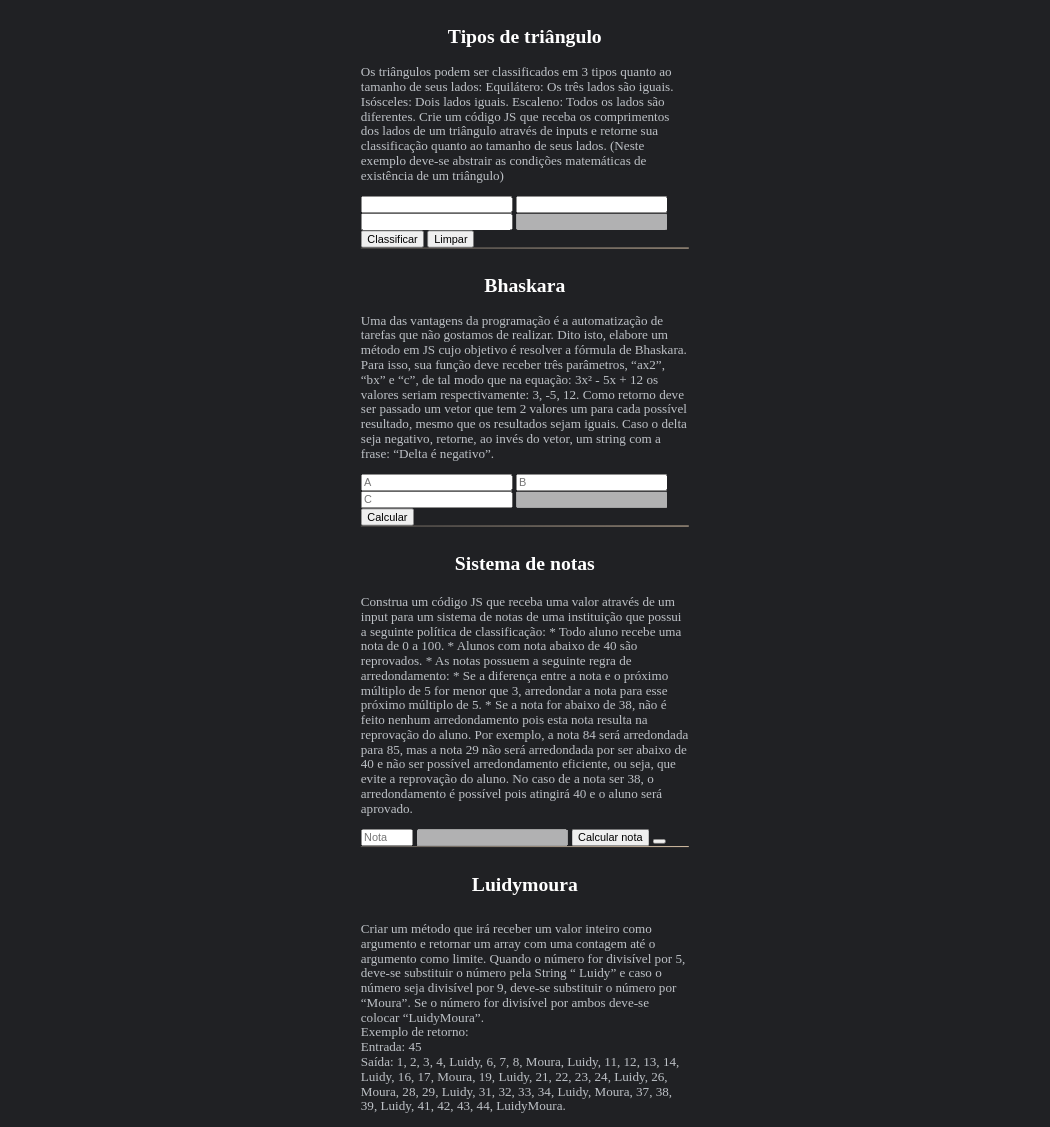
Repository: viviij/Fun-es-Simples-JavaScript
Page: index.html
The author's editor kept a copy of each file at every save. The page is drawn from the files as they stood at one save, then again after the next save.
The browser window is 1280 px wide. The pictures show the whole page, at 82% of full size.

Above is the page before, as saved 2022-08-26 16:59:46.
Console error: ReferenceError: divisivelPor9 is not defined

### index.html
<!DOCTYPE html>
<html lang="ptBR">
  <head>
    <meta charset="UTF-8">
    <meta http-equiv="X-UA-Compatible" content="IE=edge">
    <meta name="viewport" content="width=device-width, initial-scale=1.0">
    <link rel="stylesheet" href="styles.css">
    <title>Prova C3C</title>
  </head>
  <body>
    <div class="container">
      <section class="Tipos de Triângulo">
        <header>
          <h1>Tipos de triângulo</h1>
          <p>
            Os triângulos podem ser classificados em 3 tipos quanto ao tamanho de seus lados:

            Equilátero: Os três lados são iguais.
            Isósceles: Dois lados iguais.
            Escaleno: Todos os lados são diferentes.

            Crie um código JS que receba os comprimentos dos lados de um triângulo através de inputs e retorne sua classificação quanto ao tamanho de seus lados. (Neste exemplo deve-se abstrair as condições matemáticas de existência de um triângulo)
          </p>

        </header>
        <div class="main">
          <input type="number" name="trianguloLado1" id="trianguloLado1"/>
          <input type="number" name="trianguloLado2" id="trianguloLado2"/>
          <input type="number" name="trianguloLado3" id="trianguloLado3"/>

          <input type="text" name="tipoDeTriangulo" id="tipoDeTriangulo" disabled/>

          <button id="classificacaoTriangulo">Classificar</button>
          <button id="limparInputBotao">Limpar</button>
        </div>
      </section>

      <div class="linhaDeDivisaoDasQuestoes"></div>

      <section class="Bhaskara">
        <header>
          <h2>Bhaskara</h2>
          <p>Uma das vantagens da programação é a automatização de tarefas que não gostamos de realizar. Dito isto, elabore um método em JS cujo objetivo é resolver a fórmula de Bhaskara.

            Para isso, sua função deve receber três parâmetros, “ax2”, “bx” e “c”, de tal modo que na equação: 3x² - 5x + 12 os valores seriam respectivamente: 3, -5, 12.

            Como retorno deve ser passado um vetor que tem 2 valores um para cada possível resultado, mesmo que os resultados sejam iguais.

            Caso o delta seja negativo, retorne, ao invés do vetor, um string com a frase: “Delta é negativo”.</p>
        </header>
        <div class="main">
          <input type="number" name="bhaskaraValorA" id="bhaskaraValorA" placeholder="A"/>
          <input type="number" name="bhaskaraValorB" id="bhaskaraValorB" placeholder="B"/>
          <input type="number" name="bhaskaraValorC" id="bhaskaraValorC" placeholder="C"/>

          <input type="text" name="resultadoBhaskara" id="resultadoBhaskara" disabled/>
          <button id="calcularBhaskara">Calcular</button>
        </div>
      </section>

      <div class="linhaDeDivisaoDasQuestoes"></div>

      <section class="Sistema de Notas">
        <header>
          <h3>Sistema de notas</h3>
          <p>Construa um código JS que receba uma valor através de um input para um sistema de notas de uma instituição que possui a seguinte política de classificação:

          * Todo aluno recebe uma nota de 0 a 100.
          * Alunos com nota abaixo de 40 são reprovados.
          * As notas possuem a seguinte regra de arredondamento:
            * Se a diferença entre a nota e o próximo múltiplo de 5 for menor que 3, arredondar a nota para esse próximo múltiplo de 5.
            * Se a nota for abaixo de 38, não é feito nenhum arredondamento pois esta nota resulta na reprovação do aluno.

          Por exemplo, a nota 84 será arredondada para 85, mas a nota 29 não será arredondada por ser abaixo de 40 e não ser possível arredondamento eficiente, ou seja, que evite a reprovação do aluno.
          No caso de a nota ser 38, o arredondamento é possível pois atingirá 40 e o aluno será aprovado.</p>
        </header>
        <div class="main">
          <input type="number" name="notaRecebida" id="notaRecebida"  min="0" max="100" placeholder="Nota"/>

          <input type="text" name="arredondamentoNota" id="arredondamentoNota" disabled/>

          <button id="calcularNota">Calcular nota</button>
          <button id="limparNota"></button>
        </div>
      </section>

      <div class="linhaDeDivisaoDasQuestoes"></div>

      <section class="LuidyMoura">
        <h4>Luidymoura</h4>
        <p>Criar um método que irá receber um valor inteiro como argumento e retornar um array com uma contagem até o argumento como limite.

          Quando o número for divisível por 5, deve-se substituir o número pela String “ Luidy” e caso o número seja divisível por 9, deve-se substituir o número por  “Moura”.
          Se o número for divisível por ambos deve-se colocar “LuidyMoura”.
          <br/>
          Exemplo de retorno:
          <br/>

          Entrada:
          45
          <br/>

          Saída:
          1, 2, 3, 4, Luidy, 6, 7, 8, Moura, Luidy, 11, 12, 13, 14, Luidy, 16, 17, Moura, 19, Luidy, 21, 22, 23, 24, Luidy, 26, Moura, 28, 29, Luidy, 31, 32, 33, 34, Luidy, Moura, 37, 38, 39, Luidy, 41, 42, 43, 44, LuidyMoura.</p>
      </section>
    </div>
    <script src="./js/tipos_de_triangulo.js"></script>
    <script src="./js/sistema_de_notas.js"></script>
    <script src="./js/luidymoura.js"></script>
    <script src="./js/bhaskara.js"></script>
  </body>
</html>

### styles.css
body {
  margin: 0;
  padding: 0;
  box-sizing: border-box;
  background: var(--background-color);
  display: flex;
  justify-content: center;
}

a {
  text-decoration: none;
}

ul {
  list-style: none;
}

:root {
  /*CORES GLOBAIS*/
  --text-color: #bdc1c6;
  --background-color: #202124;
  --title-color: #ffffff;

}

.container section {
  max-height: auto;
  max-width: 400px;
}

section {
  color: var(--text-color);
  margin-top: 2rem;
}

.container .linhaDeDivisaoDasQuestoes {
  height: 1px;
  background: linear-gradient(270deg,
      hsla(33, 100%, 88%, 1) 0%,
      hsla(33, 65%, 88%, 0.34) 100%);
}

section h1,
h2,
h3,
h4,
h5 {
  display: flex;
  justify-content: center;
  font-size: 1.5rem;
  color: var(--title-color);
}

.container .questao_1 {}

.container .questao_2 {}

.container .questao_3 {}

.container .questao_4 {}

### js/tipos_de_triangulo.js
//Selecionando itens do HTML
const trianLado1 = document.querySelector("#trianguloLado1");
const trianLado2 = document.querySelector("#trianguloLado2");
const trianLado3 = document.querySelector("#trianguloLado3");
const tipoDeTrian = document.querySelector("#tipoDeTriangulo");
const classTrian = document.querySelector("#classificacaoTriangulo") ;
const limparInput = document.querySelector("#limparInputBotao");
//Marcar "erro" caso alguma resposta nao seja preenchida
trianLado1.onblur = () => {
  if(trianLado1.value == "") {
    trianLado1.style = "border-color: #aa0044";
  }else{
    trianLado1.style = "color: #000000";
  }
}

trianLado2.onblur = () => {
  if(trianLado2.value == "") {
    trianLado2.style = "border-color: #aa0044";
  }else{
    trianLado2.style = "color: #000000";
  }
}

trianLado3.onblur = () => {
  if(trianLado3.value == "") {
    trianLado3.style = "border-color: #aa0044";
  }else{
    trianLado3.style = "color: #000000";
  }
}

//Limpar input apos clicar no botao Limpar
limparInput.onclick = () => {
  trianLado1.value = "";
  trianLado2.value = "";
  trianLado3.value = "";
  tipoDeTrian.value = "";
}

//Classificar o tipo de triangulo apos clicar no botao Classificar
classTrian.onclick = () => {
  //Dar foco no input vazio
  if (trianLado1.value == "" && trianLado2.value != "" && trianLado3.value != "") {
    trianLado1.focus();
  }else if (trianLado2.value == "" && trianLado1.value != "" && trianLado3.value != "") {
    trianLado2.focus();
  }else if (trianLado3.value == "" && trianLado1.value != "" && trianLado2.value != "") {
    trianLado3.focus();
  }

  if (trianLado1.value != trianLado2.value && trianLado1.value != trianLado3.value && trianLado2.value != trianLado3.value) {
    tipoDeTrian.value = "Escaleno: Todos os lados são diferentes.";

  }else if (trianLado1.value == trianLado2.value && trianLado1.value == trianLado3.value && trianLado2.value == trianLado3.value) {
    tipoDeTrian.value = "Equilátero: Os três lados são iguais.";

  }else{
    tipoDeTrian.value = "Isósceles: Dois lados iguais.";

  }
}

### js/sistema_de_notas.js
const notaRec = document.querySelector("#notaRecebida");
const arreNota = document.querySelector("#arredondamentoNota");
const calcNota = document.querySelector("#calcularNota");
const limparNota = document.querySelector("#limparNota")

//Marcar "erro" caso alguma resposta nao seja preenchida
notaRec.onblur = () => {
  if(notaRec.value == "") {
    notaRec.style = "border-color: #aa0044";
  }else{
    notaRec.style = "color: #000000";
  }
}

//Limpar input apos clicar no botao Limpar
limparNota.onclick = () => {
  notaRec.value = "";
  arreNota.value = "";
}

calcNota.onclick = () => {
  //Dar foco no input vazio
  if (notaRec.value == "") {
    notaRec.focus();
  }

  //Função do calculo da nota
  if (notaRec.value > 100 || notaRec.value < 0) {
    arreNota.value = "Valor inválido! Por favor digite um numero de 0 a 100.";
  }else if (notaRec.value < 38) {
    return arreNota.value = "Nem com milagre esse ser vai passar :("
  }

  const tabuadaDo5 = [5, 10, 15, 20, 25, 30, 35, 40, 45, 50, 55, 60, 65, 70, 75, 80, 85, 90, 95, 100];

  for (let i in tabuadaDo5) {
    const int = (nota) => {
      nota = Number.parseFloat(nota);
      return nota
    }
    console.log(tabuadaDo5[i], "aa")
    if (int(notaRec.value)+2 >= tabuadaDo5[i] && tabuadaDo5[i] > int(notaRec.value)) {
      arreNota.value = tabuadaDo5[i];
      console.log(arreNota.value)
      break
    }
  }
}

### js/luidymoura.js
function range(end) {//Função para ir do 0 até o número x
  listaNumerica = []
  contadorLista = 0
  for(i = 0; i != end+1; i++) {
    listaNumerica.push(i)
    contadorLista++
    if (divisivelPor9 % 9 == 0) {

    }
  }
  console.log(listaNumerica)
}

console.log(range())

### js/bhaskara.js
//Selecionando itens do HTML
const bhaskaVA = document.querySelector("#bhaskaraValorA");
const bhaskaVB = document.querySelector("#bhaskaraValorB");
const bhaskaVC = document.querySelector("#bhaskaraValorC");
const resBhaska = document.querySelector("#resultadoBhaskara");
const calcBhaska = document.querySelector("#calcularBhaskara");
//Marcar "erro" caso alguma resposta nao seja preenchida
bhaskaVA.onblur = () => {
  if(bhaskaVA.value == "") {
    bhaskaVA.style = "border-color: #aa0044";
  }else{
    bhaskaVA.style = "color: #000000";
  }
}

bhaskaVB.onblur = () => {
  if(bhaskaVB.value == "") {
    bhaskaVB.style = "border-color: #aa0044";
  }else{
    bhaskaVB.style = "color: #000000";
  }
}

bhaskaVC.onblur = () => {
  if(bhaskaVC.value == "") {
    bhaskaVC.style = "border-color: #aa0044";
  }else{
    bhaskaVC.style = "color: #000000";
  }
}

//Calcular os valores de bhaskara


calcBhaska.onclick = () => {
  //Dar foco no input vazio
  if (bhaskaVA.value == "" && bhaskaVB.value != "" && bhaskaVC.value != "") {
    bhaskaVA.focus();
  }else if (bhaskaVB.value == "" && bhaskaVA.value != "" && bhaskaVC.value != "") {
    bhaskaVB.focus();
  }else if (bhaskaVC.value == "" && bhaskaVA.value != "" && bhaskaVB.value != "") {
    bhaskaVC.focus();
  }

  if (bhaskaVC.value != "" && bhaskaVA.value != "" && bhaskaVB.value != ""){
    //Função de bhaskara
    const valorDelta = (bhaskaVB.value*bhaskaVB.value) - 4*bhaskaVA.value*(bhaskaVC.value);

    if(valorDelta < 0) {
      resBhaska.value = "Delta é negativo";
    }else{
      let calculoDeX = (-bhaskaVB.value+Math.sqrt(valorDelta))/(2*bhaskaVA.value);
      let calculoDeX2 = (-bhaskaVB.value-Math.sqrt(valorDelta))/(2*bhaskaVA.value);
      bhaskaVA.value = ""
      bhaskaVB.value = ""
      bhaskaVC.value = ""

      resBhaska.value = [calculoDeX, calculoDeX2];
    }
  }
}

After the next save:
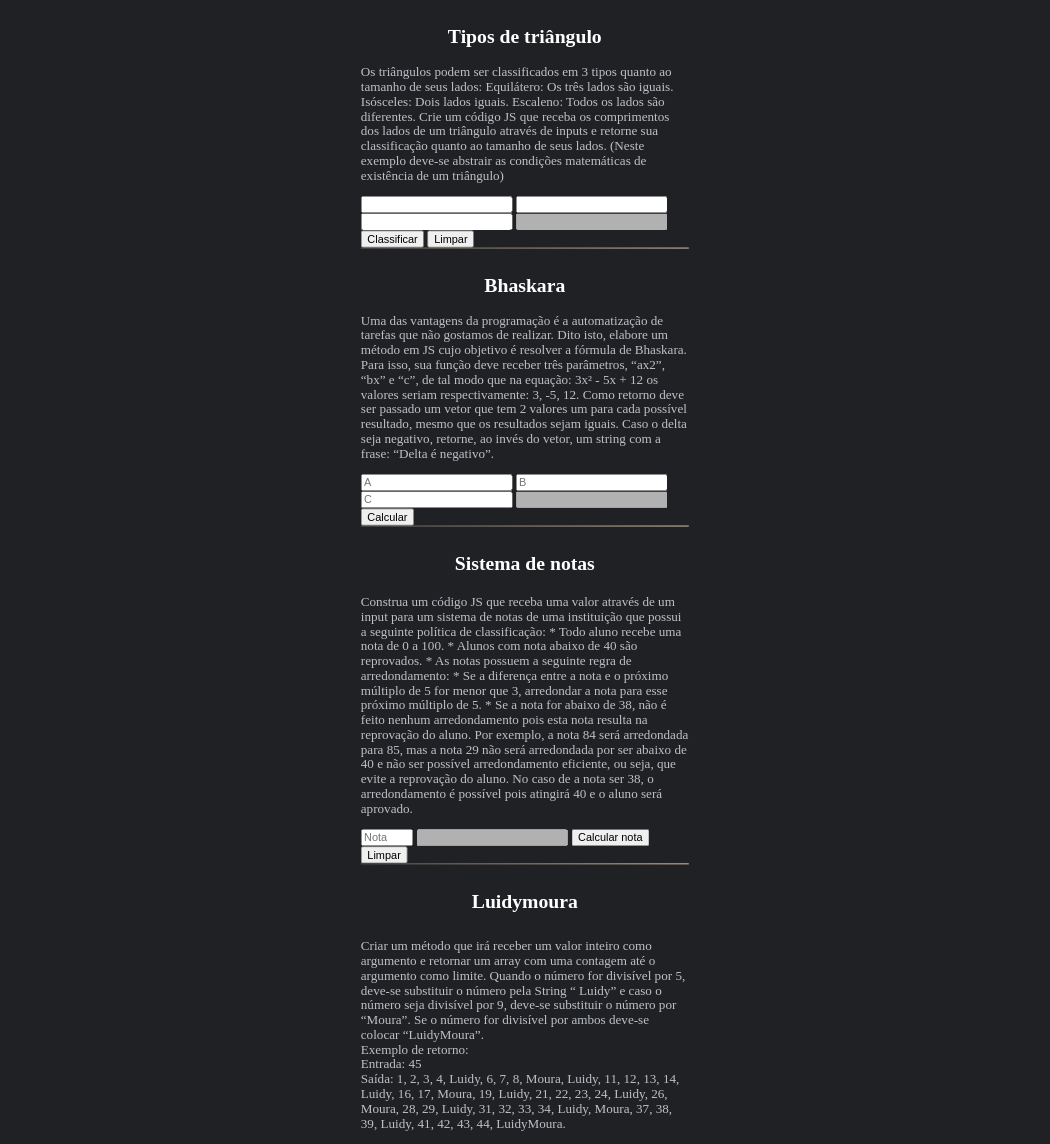
Saved 25 s later.
--- a/index.html
+++ b/index.html
@@ -80,7 +80,7 @@
           <input type="text" name="arredondamentoNota" id="arredondamentoNota" disabled/>
 
           <button id="calcularNota">Calcular nota</button>
-          <button id="limparNota"></button>
+          <button id="limparNota">Limpar</button>
         </div>
       </section>
 
